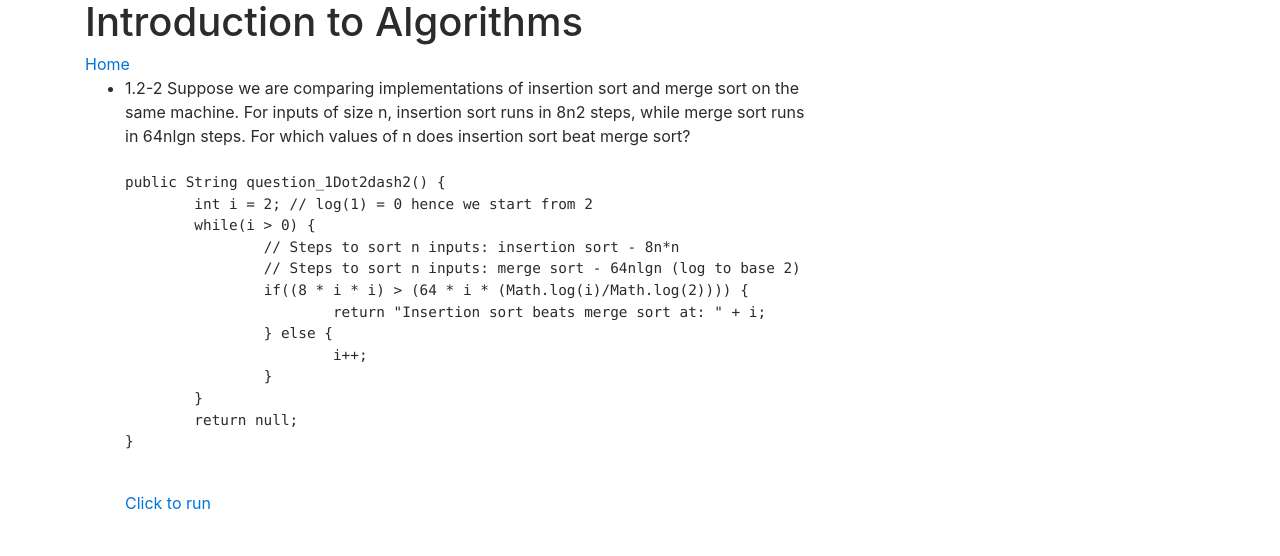
Repository: baltejas/algorithms
Page: http://localhost/algorithms/WEB-INF/views/index.jsp
An editor plug-in stored every save of this project. The page is shown before and after the next save, followed by the edit.
The browser window is 1280 px wide. The pictures show the whole page.
The page is served by Tomcat 9. Nobody is signed in. Other server files are loaded and not shown. The template is opened directly, without the code that normally fills it, so the values that code supplies are empty.

Above is the page before, as saved 2017-05-06 18:53:15.

### algorithms/src/main/webapp/WEB-INF/views/index.jsp
<html>
	<head>
		<link rel="stylesheet" href="resources/css/bootstrap.css">
	</head>
	<body>
		<div class="container">
		<h1>Introduction to Algorithms</h1>
		<a href="/algorithms/list">Home</a>
			<div class="mt-10 row">
				<div class="col-md-8">
					<ul>
						<li>1.2-2 Suppose we are comparing implementations of insertion sort and merge sort on the same machine.
							For inputs of size n, insertion sort runs in 8n2 steps, while merge sort runs in 64nlgn steps.
							For which values of n does insertion sort beat merge sort?<br><br>
								<pre>
public String question_1Dot2dash2() {
	int i = 2; // log(1) = 0 hence we start from 2
	while(i > 0) {
		// Steps to sort n inputs: insertion sort - 8n*n
		// Steps to sort n inputs: merge sort - 64nlgn (log to base 2)
		if((8 * i * i) > (64 * i * (Math.log(i)/Math.log(2)))) {
			return "Insertion sort beats merge sort at: " + i;
		} else {
			i++;
		}
	}
	return null;
}
								</pre>
						<a href="/algorithms/question_1Dot2dash2">Click to run</a>
						<label>${answer}</label>
						</li>
					</ul>
				</div>
			</div>
		</div>
	</body>
</html>

Loaded but not shown: algorithms/src/main/webapp/resources/css/bootstrap.css (library)

After the next save:
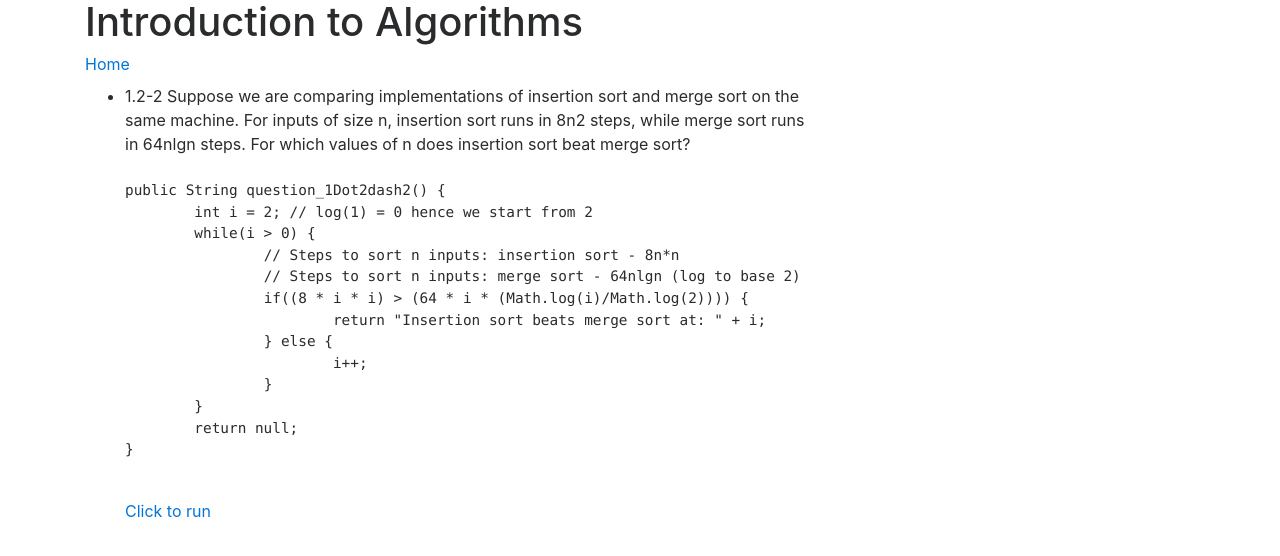
Saved 31 s later.
--- a/algorithms/src/main/webapp/WEB-INF/views/index.jsp
+++ b/algorithms/src/main/webapp/WEB-INF/views/index.jsp
@@ -6,7 +6,7 @@
 		<div class="container">
 		<h1>Introduction to Algorithms</h1>
 		<a href="/algorithms/list">Home</a>
-			<div class="mt-10 row">
+			<div class="mt-2 row">
 				<div class="col-md-8">
 					<ul>
 						<li>1.2-2 Suppose we are comparing implementations of insertion sort and merge sort on the same machine.

After the save that followed:
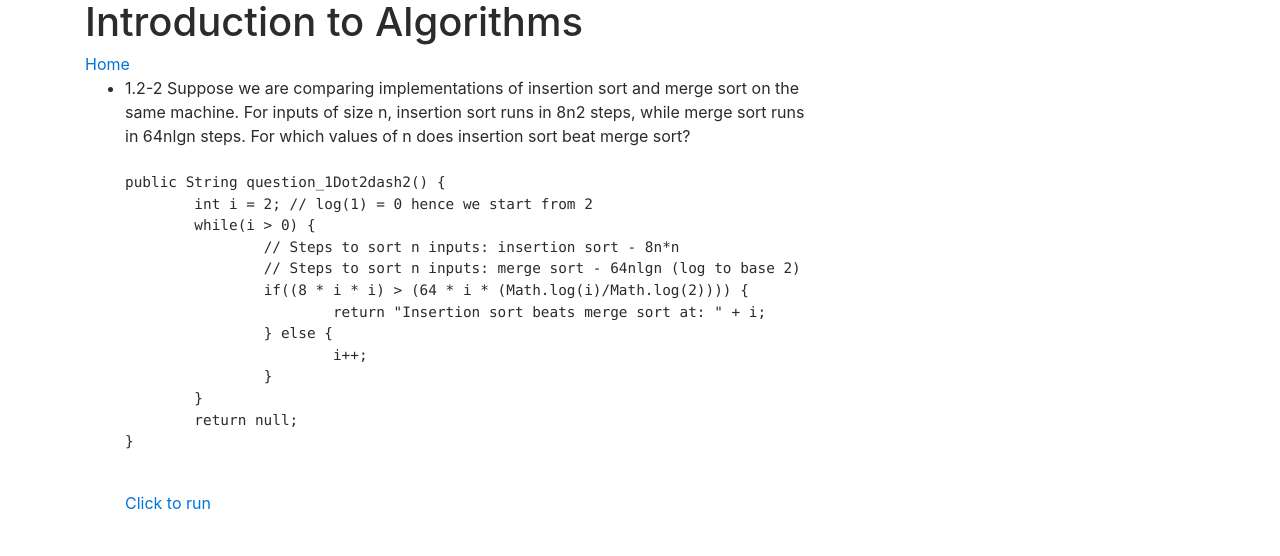
Saved 2 min 0 s later.
--- a/algorithms/src/main/webapp/WEB-INF/views/index.jsp
+++ b/algorithms/src/main/webapp/WEB-INF/views/index.jsp
@@ -6,7 +6,7 @@
 		<div class="container">
 		<h1>Introduction to Algorithms</h1>
 		<a href="/algorithms/list">Home</a>
-			<div class="mt-2 row">
+			<div class="mt-md row">
 				<div class="col-md-8">
 					<ul>
 						<li>1.2-2 Suppose we are comparing implementations of insertion sort and merge sort on the same machine.
